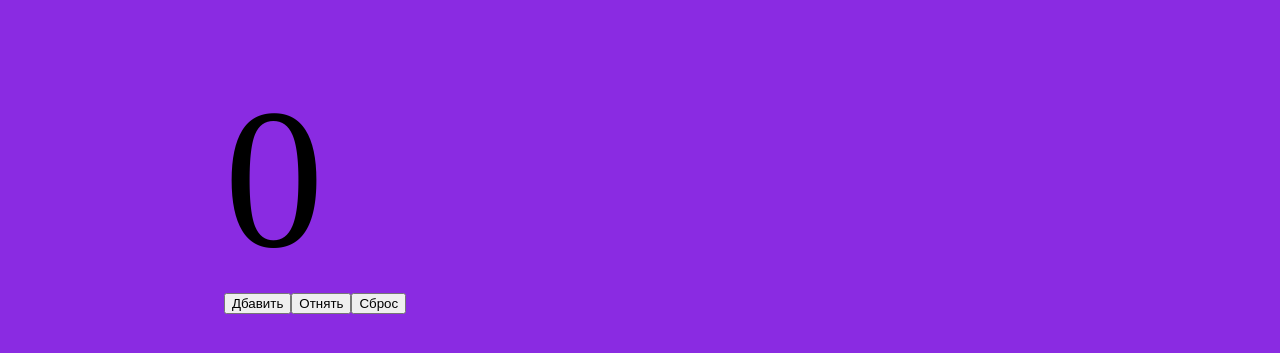
Repository: Denzoll/redux-toolkit-counter
Page: /
An editor plug-in stored every save of this project. The page is shown before and after the next save, followed by the edit.
The browser window is 1280 px wide. The pictures show the whole page.
The project was rebuilt for these pictures with package versions that can differ from the ones it lists, and the page was loaded fresh each time. Also part of the build but not shown: src/index.css.

Above is the page before, as saved 2022-06-27 13:28:14.

After the next save:
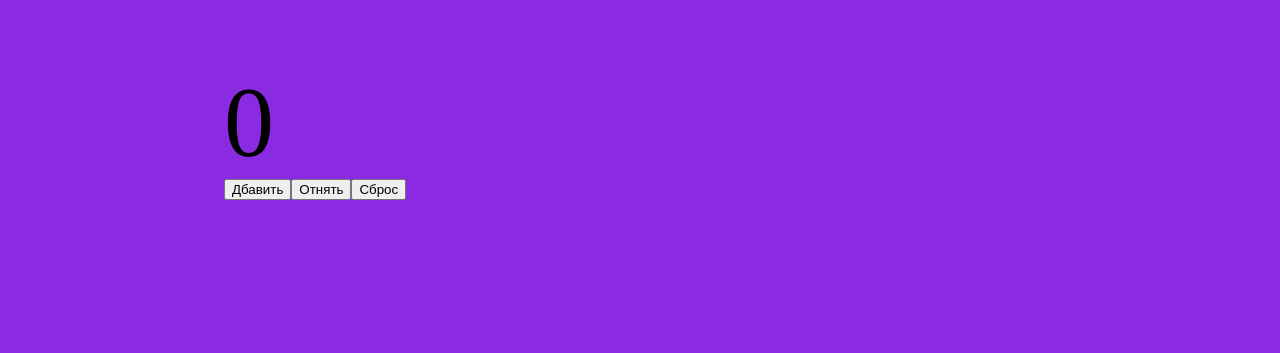
Saved 5 s later.
--- a/src/App.css
+++ b/src/App.css
@@ -6,5 +6,5 @@ body {
 }
 
 .count {
-  font-size: 200px;
+  font-size: 100px;
 }
